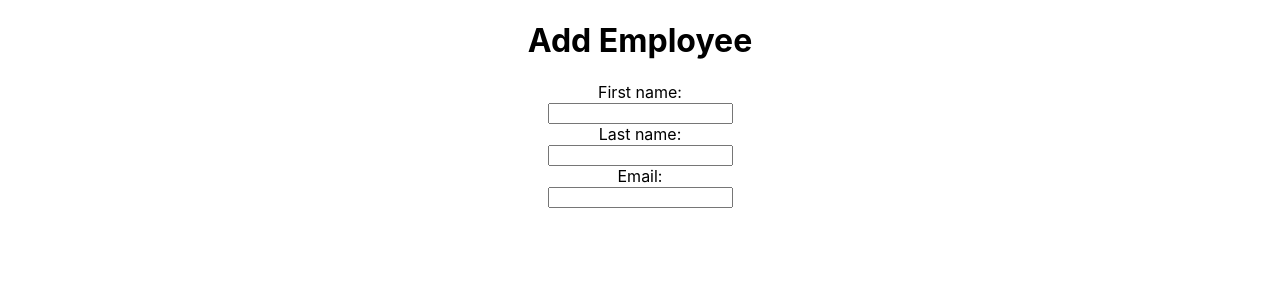
Repository: Biniyamkb/Evangadi-forum
Page: /addemployee (app in demoapp/frontend/)
The author's editor kept a copy of each file at every save. The page is drawn from the files as they stood at one save, then again after a run of saves.
The browser window is 1280 px wide. The pictures show the whole page.
The project was rebuilt for these pictures with package versions that can differ from the ones it lists, and the page was loaded fresh each time. Also part of the build but not shown: demoapp/frontend/src/Pages/Home.js, demoapp/frontend/src/Pages/Login.js.

Above is the page before, as saved 2025-05-04 22:03:33.

After the next 2 saves:
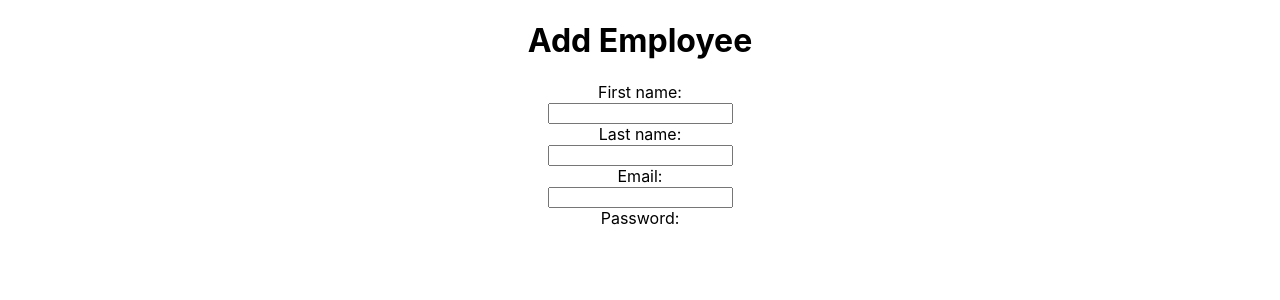
The 2 saves are shown as one change because they came seconds apart.
The last was saved 15 s later.
--- a/demoapp/frontend/src/Pages/AddEmployee.js
+++ b/demoapp/frontend/src/Pages/AddEmployee.js
@@ -11,6 +11,7 @@ function AddEmployee() {
         <input type="text" id="lname" name="lname"/><br/>
         <label htmlFor="email">Email:</label><br/>
         <input type="email" id="email" name="email"/><br/>
+        <label htmlFor="password">Password:</label><br/>
     </form>
     </div>
   )
